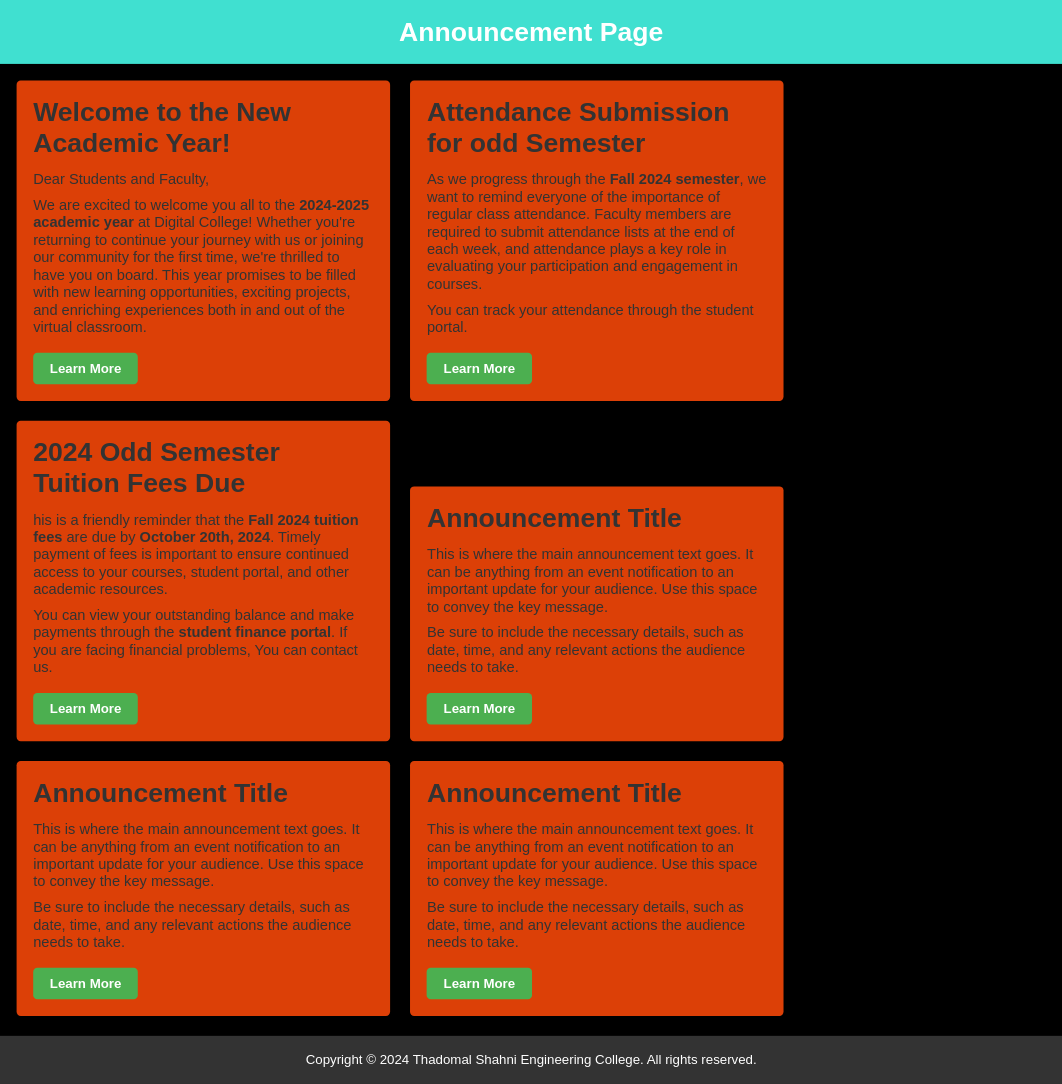
Repository: TejasS1233/MINITHON-hackathon-project
Page: annoucementpage.html
These files come from the project's save history. The page is drawn as it stood at one moment and after the next save; the edit follows.
The browser window is 1280 px wide. The pictures show the whole page, at 83% of full size.

Above is the page before, as saved 2024-09-20 09:52:42.

After the next save:
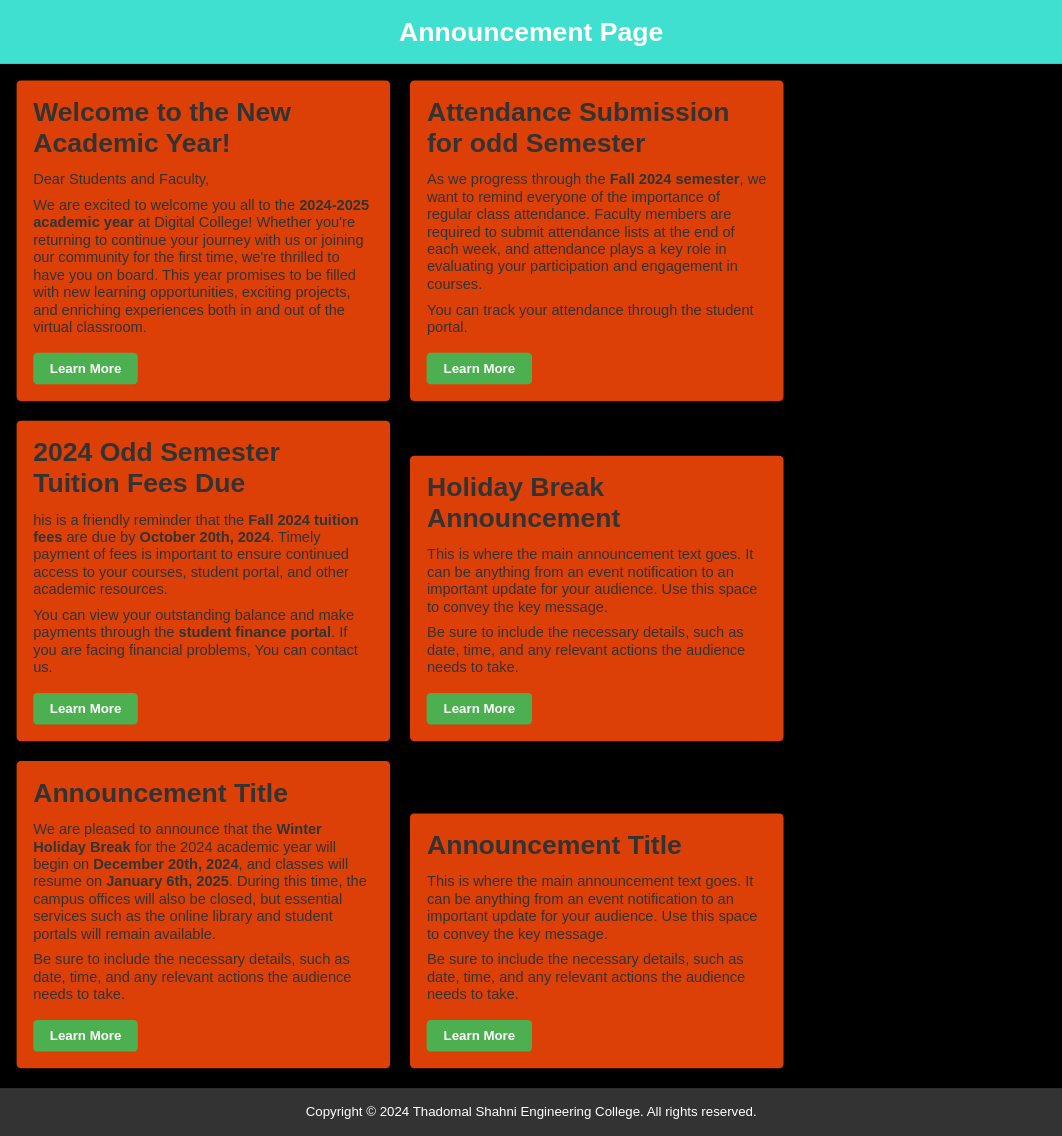
Saved 20 s later.
--- a/annoucementpage.html
+++ b/annoucementpage.html
@@ -51,7 +51,7 @@
         <a href="#" class="cta-button">Learn More</a>
     </div>
     <div class="announcement">
-        <h2>Announcement Title</h2>
+        <h2>Holiday Break Announcement</h2>
         <p>
             This is where the main announcement text goes. It can be anything from an event notification to
             an important update for your audience. Use this space to convey the key message.
@@ -65,8 +65,10 @@
     <div class="announcement">
         <h2>Announcement Title</h2>
         <p>
-            This is where the main announcement text goes. It can be anything from an event notification to
-            an important update for your audience. Use this space to convey the key message.
+            We are pleased to announce that the <strong>Winter Holiday Break</strong> for the 2024 academic year
+        will begin on <strong>December 20th, 2024</strong>, and classes will resume on <strong>January 6th, 2025</strong>.
+        During this time, the campus offices will also be closed, but essential services such as the online library
+        and student portals will remain available.
         </p>
         <p>
             Be sure to include the necessary details, such as date, time, and any relevant actions the
